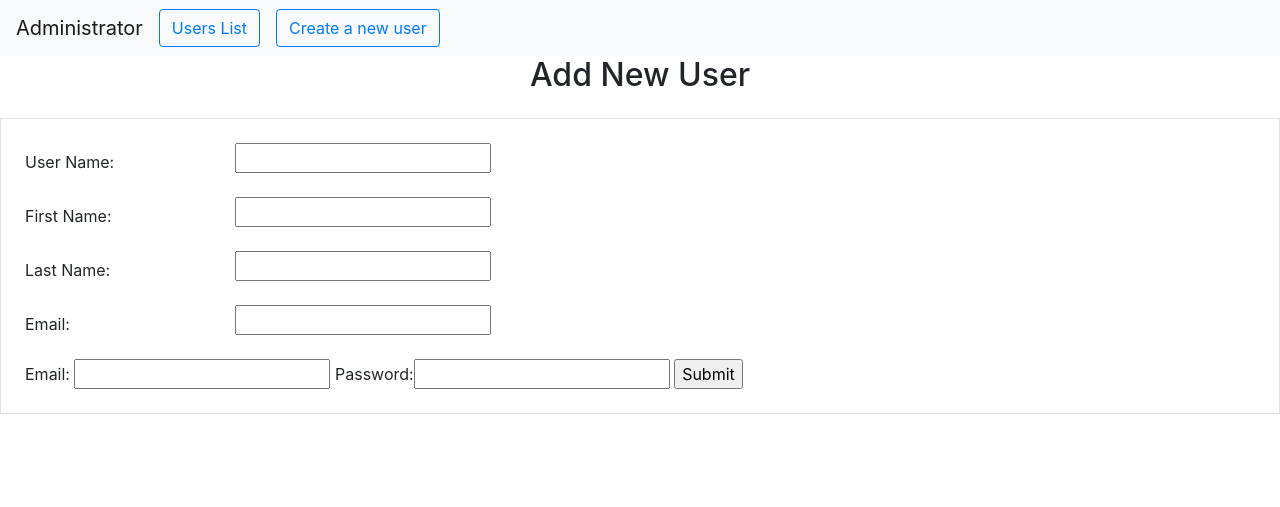
Repository: Dimitris-Kaler/Keycloak-Admin-Web-Interface
Page: http://localhost/rest-api/src/webapp/createUser.jsp
An editor plug-in stored every save of this project. The page is shown before and after the next save, followed by the edit.
The browser window is 1280 px wide. The pictures show the whole page.
The page is served by Tomcat 9. Other server files are loaded and not shown.

Above is the page before, as saved 2023-12-22 18:39:50.

### rest-api/src/webapp/createUser.jsp
<%@ page language="java" contentType="text/html; charset=ISO-8859-1"
    pageEncoding="ISO-8859-1"%>
<!DOCTYPE html>
<html>
<head>
<meta charset="ISO-8859-1">
<title>Insert title here</title>
<link rel="stylesheet" href="https://maxcdn.bootstrapcdn.com/bootstrap/4.0.0/css/bootstrap.min.css" integrity="sha384-Gn5384xqQ1aoWXA+058RXPxPg6fy4IWvTNh0E263XmFcJlSAwiGgFAW/dAiS6JXm" crossorigin="anonymous">
</head>
<body>
	   <nav class="navbar navbar-expand-lg navbar-light bg-light">
        <a class="navbar-brand" href="#">Administrator</a>
        <button class="navbar-toggler" type="button" data-toggle="collapse" data-target="#navbarNav"
            aria-controls="navbarNav" aria-expanded="false" aria-label="Toggle navigation">
            <span class="navbar-toggler-icon"></span>
        </button>
        <div class="collapse navbar-collapse" id="navbarNav">
            <ul class="navbar-nav">
                <li class="nav-item active">
                    <form class="form-inline my-2 my-lg-0" action="userRepository" method="GET">
                        <button class="btn btn-outline-primary my-2 my-sm-0" type="submit">Users List</button>
                    </form>
                </li>
                <li class="nav-item">
                    <form class="form-inline my-2 my-lg-0 mx-3" action="createUser" method="GET">
                        <button class="btn btn-outline-primary my-2 my-sm-0" type="submit">Create a new user</button>
                    </form>
                </li>
            </ul>
        </div>
    </nav>
<h2 class="text-center mb-4">Add New User</h2>
<form class="border p-4 form"action="addUser"method="POST" >
<div class="form-group row">
			<label for="Username" class="col-sm-2 col-form-label">User
				Name:</label>
			<div class="col-sm-10">
				<input type="text" name="Username">
			</div>
		</div>
<div class="form-group row">
			<label for="firstName" class="col-sm-2 col-form-label">First
				Name:</label>
			<div class="col-sm-10">
				<input type="text" name="firstName" ">
			</div>
		</div>
		<div class="form-group row">
			<label for="lastName" class="col-sm-2 col-form-label">Last
				Name:</label>
			<div class="col-sm-10">
				<input type="text" name="lastName" >
			</div>
		</div>
		<div class="form-group row">
			<label for="email" class="col-sm-2 col-form-label">Email:</label>
			<div class="col-sm-10">
				<input type="text" name="email" >
			</div>
		</div>
Email: <input type="email"name="email">
Password:<input type="password" name="password">
<input type="submit"name="submit">


</form>

</body>
</html>

After the next save:
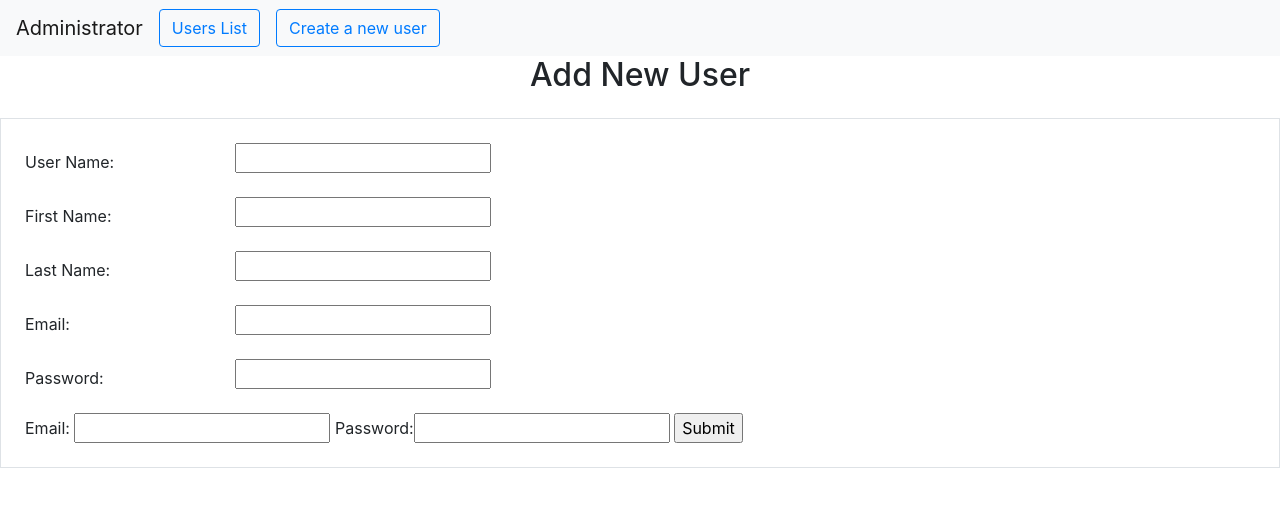
Saved 38 s later.
--- a/rest-api/src/webapp/createUser.jsp
+++ b/rest-api/src/webapp/createUser.jsp
@@ -58,6 +58,12 @@
 				<input type="text" name="email" >
 			</div>
 		</div>
+		<div class="form-group row">
+			<label for="password" class="col-sm-2 col-form-label">Password:</label>
+			<div class="col-sm-10">
+				<input type="text" name="password" ">
+			</div>
+		</div>
 Email: <input type="email"name="email">
 Password:<input type="password" name="password">
 <input type="submit"name="submit">
